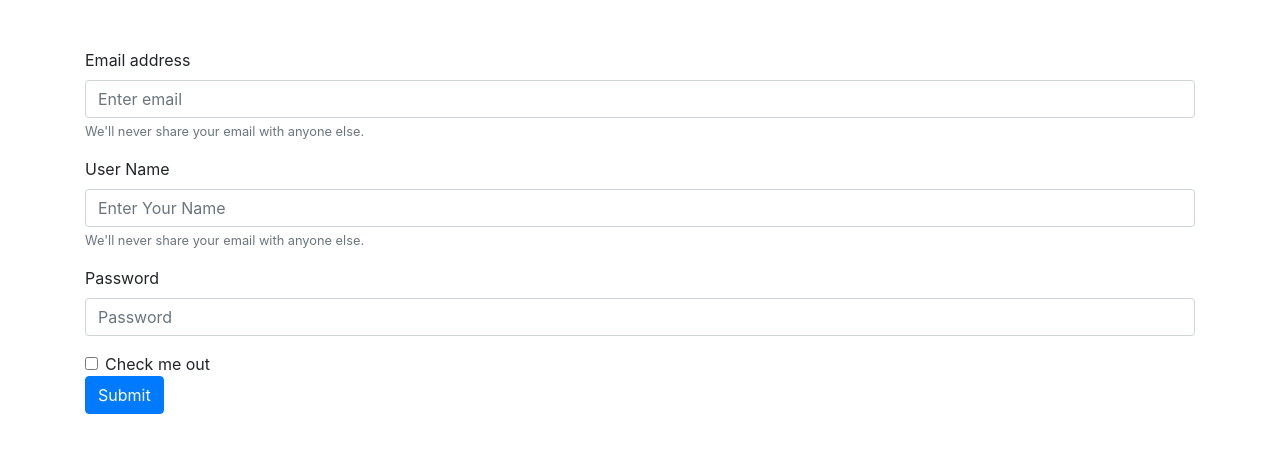
Repository: wanderwisecoder/spring_framework_learnings
Page: http://localhost/SpringMVC/contact
These files come from the project's save history. The page is drawn as it stood at one moment and after a run of saves; the edit follows.
The browser window is 1280 px wide. The pictures show the whole page.
Some web libraries are served in a nearby version. The page is served by Tomcat 9. Other server files are loaded and not shown.

Above is the page before, as saved 2023-12-19 08:48:43.

### SpringMVC/src/main/webapp/WEB-INF/spring-servlet.xml
<?xml version="1.0" encoding="UTF-8"?>
<beans xmlns="http://www.springframework.org/schema/beans"
	xmlns:xsi="http://www.w3.org/2001/XMLSchema-instance"
	xmlns:context="http://www.springframework.org/schema/context"
	xmlns:p="http://www.springframework.org/schema/p"
	xsi:schemaLocation="http://www.springframework.org/schema/beans
  https://www.springframework.org/schema/beans/spring-beans.xsd
  http://www.springframework.org/schema/context
  http://www.springframework.org/schema/context/spring-context.xsd">

<context:component-scan base-package="springmvc.controller"/>

	<bean
		class="org.springframework.web.servlet.view.InternalResourceViewResolver"
		name="viewResolver">

		<property name="prefix" value="/WEB-INF/views/"></property>

		<property name="suffix" value=".jsp"></property>
	</bean>


	<!-- more bean definitions go here -->
</beans>

### SpringMVC/src/main/webapp/WEB-INF/views/contact.jsp
<!doctype html>
<html lang="en">
<head>
<!-- Required meta tags -->
<meta charset="utf-8">
<meta name="viewport"
	content="width=device-width, initial-scale=1, shrink-to-fit=no">

<!-- Bootstrap CSS -->
<link rel="stylesheet"
	href="https://cdn.jsdelivr.net/npm/bootstrap@4.0.0/dist/css/bootstrap.min.css"
	integrity="sha384-Gn5384xqQ1aoWXA+058RXPxPg6fy4IWvTNh0E263XmFcJlSAwiGgFAW/dAiS6JXm"
	crossorigin="anonymous">

<title>Hello, world!</title>
</head>
<body>
	<div class="container  mt-5">
		<form>
			<div class="form-group">
				<label for="exampleInputEmail1">Email address</label> <input
					type="email" class="form-control" id="exampleInputEmail1"
					aria-describedby="emailHelp" placeholder="Enter email"> <small
					id="emailHelp" class="form-text text-muted">We'll never
					share your email with anyone else.</small>
			</div>
			<div class="form-group">
				<label for="userName">User Name</label> <input
					type="text" class="form-control" id="userName"
					aria-describedby="emailHelp" placeholder="Enter Your Name"> <small
					id="emailHelp" class="form-text text-muted">We'll never
					share your email with anyone else.</small>
			</div>
			<div class="form-group">
				<label for="exampleInputPassword1">Password</label> <input
					type="password" class="form-control" id="exampleInputPassword1"
					placeholder="Password">
			</div>
			<div class="form-check">
				<input type="checkbox" class="form-check-input" id="exampleCheck1">
				<label class="form-check-label" for="exampleCheck1">Check me
					out</label>
			</div>
			<button type="submit" class="btn btn-primary">Submit</button>
		</form>
	</div>

	<!-- Optional JavaScript -->
	<!-- jQuery first, then Popper.js, then Bootstrap JS -->
	<script src="https://code.jquery.com/jquery-3.2.1.slim.min.js"
		integrity="sha384-KJ3o2DKtIkvYIK3UENzmM7KCkRr/rE9/Qpg6aAZGJwFDMVNA/GpGFF93hXpG5KkN"
		crossorigin="anonymous"></script>
	<script
		src="https://cdn.jsdelivr.net/npm/popper.js@1.12.9/dist/umd/popper.min.js"
		integrity="sha384-ApNbgh9B+Y1QKtv3Rn7W3mgPxhU9K/ScQsAP7hUibX39j7fakFPskvXusvfa0b4Q"
		crossorigin="anonymous"></script>
	<script
		src="https://cdn.jsdelivr.net/npm/bootstrap@4.0.0/dist/js/bootstrap.min.js"
		integrity="sha384-JZR6Spejh4U02d8jOt6vLEHfe/JQGiRRSQQxSfFWpi1MquVdAyjUar5+76PVCmYl"
		crossorigin="anonymous"></script>
</body>
</html>

### SpringMVC/src/main/java/springmvc/controller/ContactController.java
package springmvc.controller;

import org.springframework.stereotype.Controller;
import org.springframework.web.bind.annotation.RequestMapping;

@Controller
public class ContactController {
	@RequestMapping("/contact")
	public String showForm() {

		return "contact";

	}
}

### SpringMVC/src/main/java/springmvc/controller/HomeController.java
package springmvc.controller;

import java.time.LocalDateTime;
import java.util.ArrayList;
import java.util.List;

import org.springframework.stereotype.Controller;
import org.springframework.ui.Model;
import org.springframework.web.bind.annotation.RequestMapping;
import org.springframework.web.servlet.ModelAndView;

@Controller
public class HomeController {

	@RequestMapping("/home")
	public String home(Model model) {
		model.addAttribute("age", 54);
		System.out.println("This is home controller/url.!");
		model.addAttribute("name", "Roshan");

		model.addAttribute("id", 1234);
		return "index";
	}

	@RequestMapping("/about")
	public String about() {
		System.out.println("This is about controller/url.!");
		return "about";
	}


	//services
	//help
	@RequestMapping("/help")
	public ModelAndView help() {
		System.out.println("This is help controller/url.!");

		//creating ModelAndView object
		ModelAndView modelAndView =  new ModelAndView();

		//setting the data
		modelAndView.addObject("name","Uttam");
		modelAndView.addObject("rollNumber",11222);

		LocalDateTime now = LocalDateTime.now();
		modelAndView.addObject("time", now);

		//List Object
		List<Integer> list = new ArrayList<Integer>();
		list.add(34);
		list.add(87);
		list.add(92);
		list.add(67);
		list.add(45);

		modelAndView.addObject("marks",list);

		//setting the view name
		modelAndView.setViewName("help");


		return modelAndView;
	}

}

After the next 2 saves:
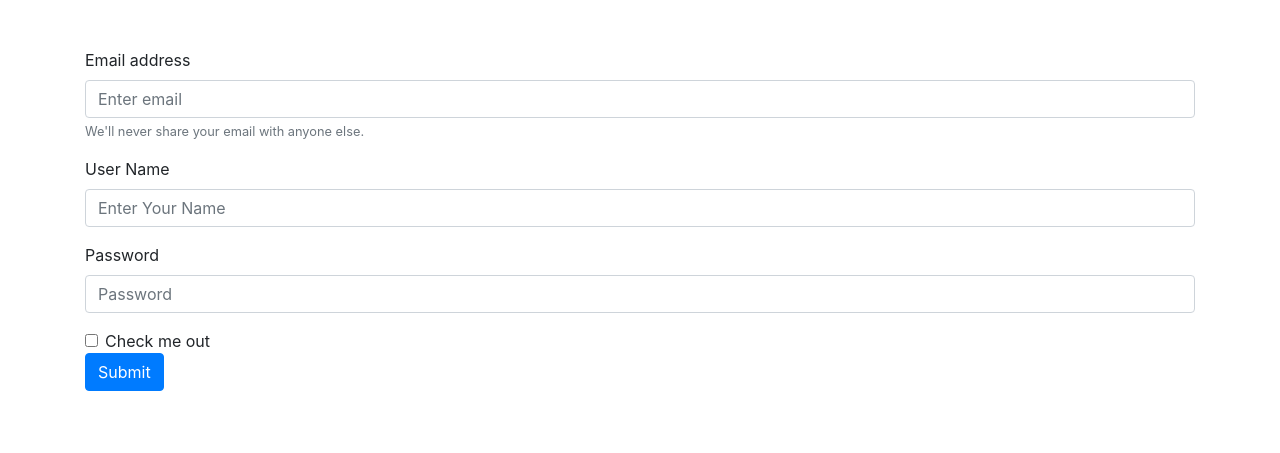
The 2 saves are shown as one change because they came seconds apart.
The last was saved 47 s later.
--- a/SpringMVC/src/main/webapp/WEB-INF/views/contact.jsp
+++ b/SpringMVC/src/main/webapp/WEB-INF/views/contact.jsp
@@ -25,11 +25,9 @@
 					share your email with anyone else.</small>
 			</div>
 			<div class="form-group">
-				<label for="userName">User Name</label> <input
-					type="text" class="form-control" id="userName"
-					aria-describedby="emailHelp" placeholder="Enter Your Name"> <small
-					id="emailHelp" class="form-text text-muted">We'll never
-					share your email with anyone else.</small>
+				<label for="userName">User Name</label> <input type="text"
+					class="form-control" id="userName" aria-describedby="emailHelp"
+					placeholder="Enter Your Name">
 			</div>
 			<div class="form-group">
 				<label for="exampleInputPassword1">Password</label> <input
